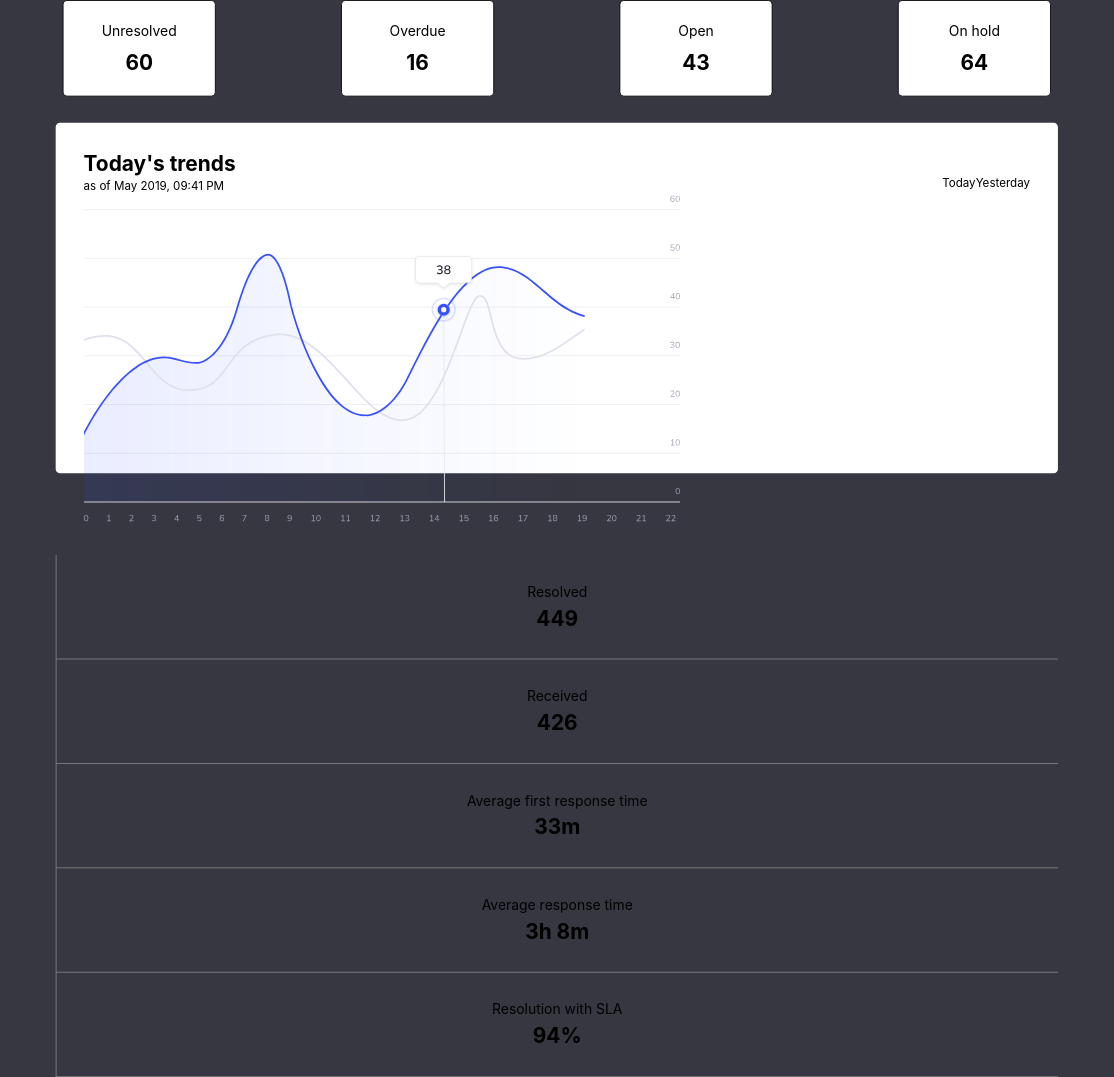
Repository: BuduCE/dashboard
Page: /
These files come from the project's save history. The page is drawn as it stood at one moment and after the next save; the edit follows.
The browser window is 1280 px wide. The pictures show the whole page, at 87% of full size.
Some web libraries are served in a nearby version. The project was rebuilt for these pictures with package versions that can differ from the ones it lists, and the page was loaded fresh each time.

Above is the page before, as saved 2022-08-03 23:25:15.

After the next save:
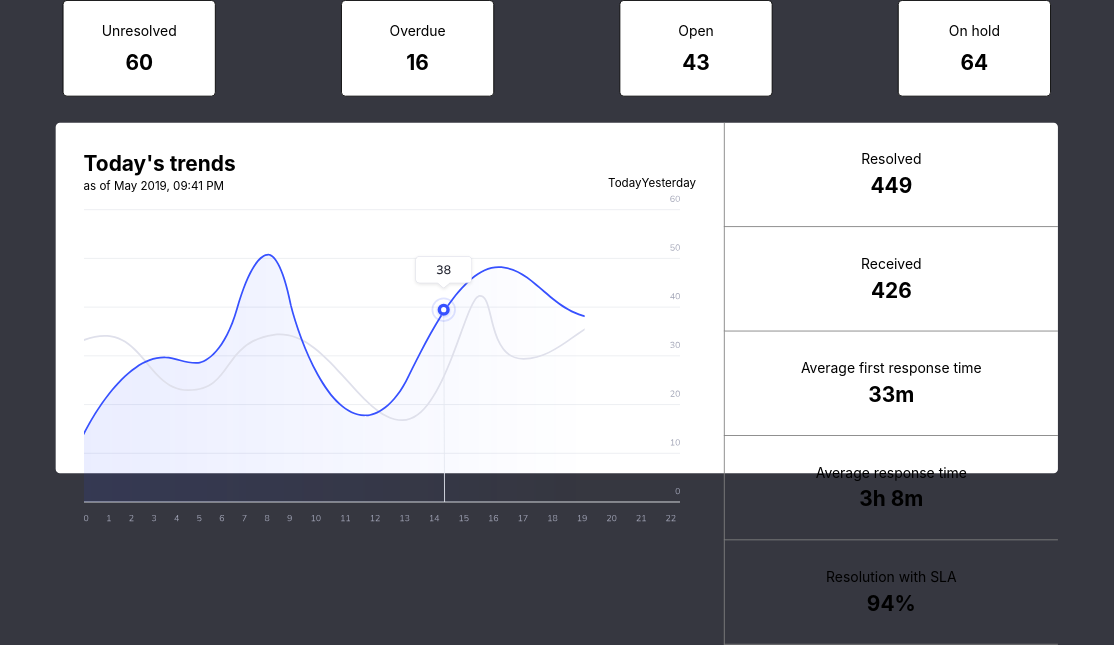
Saved 5 s later.
--- a/src/pages/Overview/styles.css
+++ b/src/pages/Overview/styles.css
@@ -29,7 +29,7 @@
     height: 56vh;
     margin-top: 30px;
     display: grid;
-    grid-template-columns: ;
+    grid-template-columns: 2fr 1fr;
 }
 .trends_head{
     padding: 32px;
